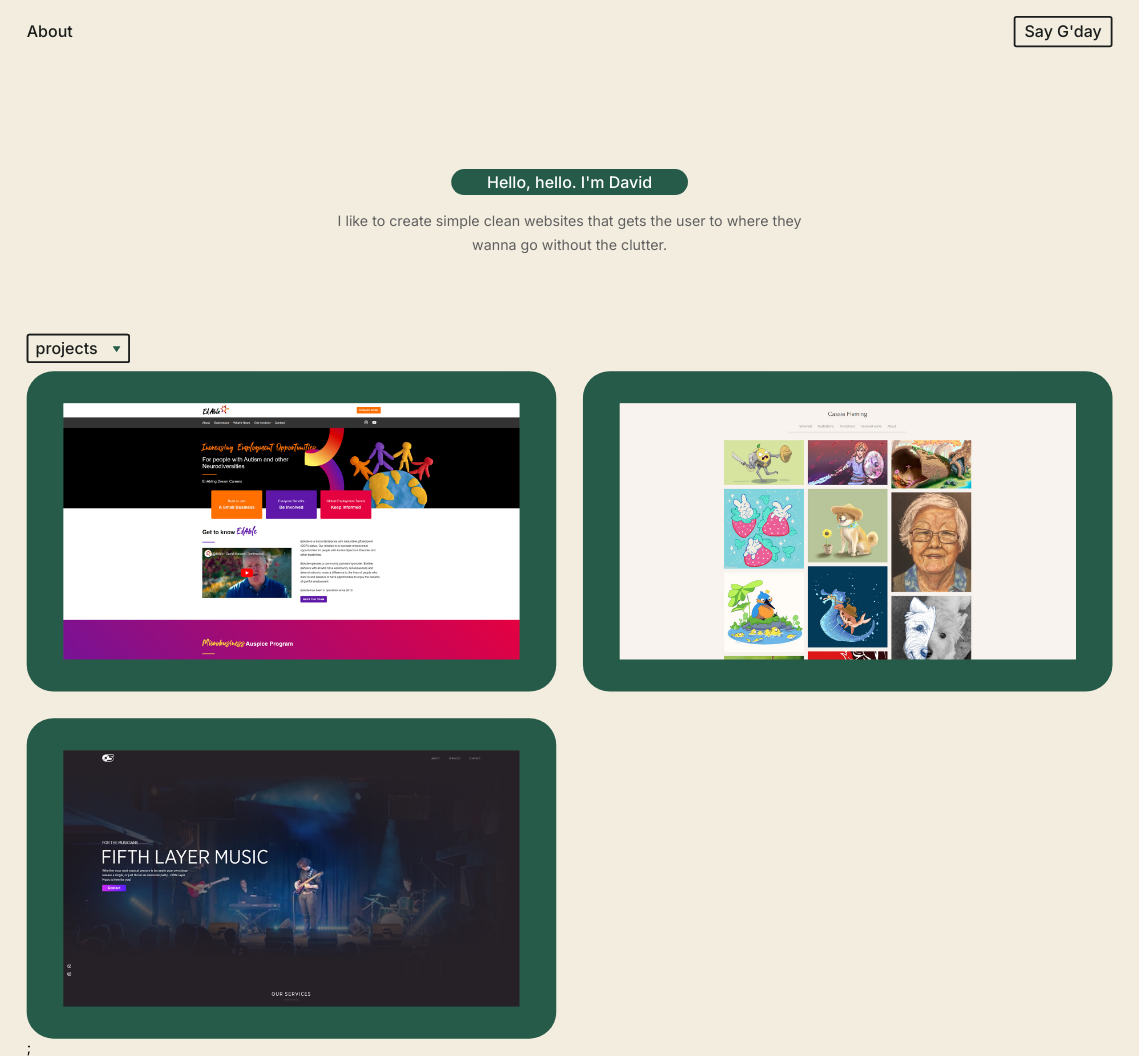
Repository: David-Waite/David-Waite-Portfolio
Page: /
The author's editor kept a copy of each file at every save. The page is drawn from the files as they stood at one save, then again after a run of saves.
The browser window is 1280 px wide. The pictures show the whole page, at 89% of full size.
The project was rebuilt for these pictures with package versions that can differ from the ones it lists, and the page was loaded fresh each time. The framework's server and built-in components were replaced by stand-ins that run in the browser. Also part of the build but not shown: next.config.js.

Above is the page before, as saved 2023-07-27 13:51:28.

### app/layout.tsx
import "./globals.css";
import type { Metadata } from "next";
import { Inter } from "next/font/google";
import Link from "next/link";
import NavBar from "./components/Nav/NavBar/NavBar";

const inter = Inter({ subsets: ["latin"] });

export const metadata: Metadata = {
  title: "David Waite | Web Developer",
  description: "Generated by create next app",
};

export default function RootLayout({
  children,
}: {
  children: React.ReactNode;
}) {
  return (
    <html lang="en">
      <body className={inter.className}>
        <NavBar />
        {children}
      </body>
    </html>
  );
}

### app/page.tsx
"use client";
import { useState } from "react";
import Dropdown from "./components/Home/Dropdown/Dropdown";
import Projects from "./components/Home/Projects/Projects";
import styles from "./page.module.css";
import Image from "next/image";

import { Metadata, NextPage } from "next/types";

import { BiSolidDownArrow } from "react-icons/bi";
export default function Home() {
  const projects: any = [
    {
      image: "/Edable.jpg",
      imageAlt: "Edable Home",
      link: "www.edable.org.au",
      description:
        "A charity working on employing and educating in the field of autism",
      madeWith: ["Next.Js", "Contentful"],
    },
    {
      image: "/CassieFleming.jpg",
      imageAlt: "Cassie Fleming illustrations",
      link: "www.cassiefleming.com",
      description: "An animation portfolio",
      madeWith: ["Next.Js", "Contentful"],
    },

    {
      image: "/FifthLayerMusic.jpg",
      imageAlt: "Fifth layer music home",
      link: "fifth-layer-music.vercel.app",
      description: "A platform for musicians to do what they do best",
      madeWith: ["Next.Js"],
    },
  ];

  const work: any = [
    {
      image: "/FifthLayerMusic.jpg",
      imageAlt: "Fifth layer music home",
      link: "fifth-layer-music.vercel.app",
      description: "A platform for musicians to do what they do best",
      madeWith: ["Next.Js"],
    },
  ];

  const [dropdown, setDropdown] = useState({
    selected: "projects",
    unselected: "Work",
  });

  function handleSelect() {
    setDropdown((prev) => {
      return {
        selected: prev.unselected,
        unselected: prev.selected,
      };
    });
  }

  return (
    <main className={styles.main}>
      <div className={styles.headingContainer}>
        <h1>Hello, hello. I&apos;m David</h1>
        <p>
          I like to create simple clean websites that gets the user to where
          they wanna go without the clutter.
        </p>
      </div>
      <label htmlFor="enquiring"></label>
      <Dropdown onClick={handleSelect} dropdown={dropdown} />
      <Projects data={dropdown.selected === "projects" ? projects : work} />
    </main>
  );
}

### app/globals.css
:root {
  --primary: #255b48;
  --black: #191d1b;
  --background: #f3eddf;
  --white: #ffffff;
  --grey: #606060;
  --error: #a83c23;
}

.paragraph {
  font-size: 18px;
  font-style: normal;
  font-weight: 400;
  line-height: 25.2px;
  color: var(--black);
}

body {
  background-color: var(--background);
}

* {
  padding: 0;
  margin: 0;
  box-sizing: border-box;
}

### app/components/Nav/NavBar/NavBar.tsx
"use client";
import NavButton from "../NavButton/NavButton";
import styles from "./navBar.module.css";
import { usePathname } from "next/navigation";

import Link from "next/link";

export default function NavBar() {
  const currentRoute = usePathname();

  return (
    <nav className={styles.container}>
      <Link
        className={styles.link}
        href={`./${currentRoute === "/" ? "about" : "/"}`}
      >
        {currentRoute === "/" ? "About" : "Home"}
      </Link>

      {currentRoute !== "/contact" && <NavButton />}
    </nav>
  );
}

### app/components/Home/Dropdown/Dropdown.tsx
"use client";

import { useState } from "react";
import styles from "./dropdown.module.css";
import { BiSolidDownArrow } from "react-icons/bi";

export default function Dropdown(props: { onClick: any; dropdown: any }) {
  const [hoverSVG, setHoverSVG] = useState(false);
  const [hover, setHover] = useState(false);

  function handleSelect() {
    props.onClick();
    setHover(false);
  }

  const openStyle = {
    top: "-34px",
  };

  const closedStyle = {
    top: "4px",
  };

  const openSVGStyle = {
    transform: "rotate(180deg)",
  };

  const hoverSVGStyle = {
    color: "white",
  };

  return (
    <div
      className={styles.selectContainer}
      onMouseEnter={() => setHover(true)}
      onMouseLeave={() => setHover(false)}
    >
      <div
        className={styles.select}
        onMouseOver={() => setHoverSVG(true)}
        onMouseOut={() => setHoverSVG(false)}
      >
        {props.dropdown.selected}
        <BiSolidDownArrow
          style={Object.assign(
            hover && openSVGStyle,
            hoverSVG && hoverSVGStyle
          )}
        />
      </div>
      <div
        onClick={handleSelect}
        className={styles.dropdown}
        style={hover ? closedStyle : hover === false ? openStyle : closedStyle}
      >
        {props.dropdown.unselected}
      </div>
    </div>
  );
}

### app/components/Home/Projects/Projects.tsx
"use client";

import Image from "next/image";
import styles from "./projects.module.css";

export default function About(props: { data: any }) {
  const projectCardsElement: any = props.data.map((item: any) => {
    return (
      <a
        key={item.title}
        href={`https://${item.link}`}
        target="_blank"
        style={{ textDecoration: "none" }}
        className={styles.contaner}
      >
        <div className={styles.outerContainer}>
          <div className={styles.projectsCard}>
            <div className={styles.projectContainer}>
              <div className={styles.projectInfo}>
                <div></div>
                <div>
                  <h2>{item.link}</h2>
                  <p>{item.description}</p>
                </div>

                <ul className={styles.madeWith}>
                  {item.madeWith.map((madewith: any) => (
                    <li key={item.title}>
                      {`${madewith}${
                        madewith === item.madeWith[item.madeWith.length - 1]
                          ? ""
                          : ","
                      }`}
                    </li>
                  ))}
                </ul>
              </div>

              <Image
                className={styles.projectImages}
                src={item.image}
                alt={item.imageAlt}
                fill={true}
              />
            </div>
          </div>
        </div>
      </a>
    );
  });
  return (
    <>
      <div className={styles.projectsGrid}>{projectCardsElement}</div>;
    </>
  );
}

### app/page.module.css
.main {
  margin: 0 30px;
}
.headingContainer {
  display: flex;
  flex-direction: column;
  align-items: center;
  margin: 120px 0px;
}

.headingContainer h1 {
  background-color: var(--primary);
  color: var(--white);
  font-size: 18px;
  font-weight: 500;
  padding: 4px 40px;
  border-radius: 20px;
  margin-bottom: 16px;
}

.headingContainer p {
  color: var(--grey);
  max-width: 550px;
  text-align: center;
  line-height: 27px;
}

@media (max-width: 768px) {
  .main {
    margin: 0 20px;
  }
}

@media (max-width: 425px) {
  .headingContainer h1,
  .headingContainer h1 p {
    font-size: 16px;
  }
}

### app/components/Nav/NavButton/NavButton.tsx
import styles from "./navButton.module.css";

import Link from "next/link";

export default function NavButton() {
  return (
    <Link className={styles.container} href={"./contact"}>
      Say G&apos;day
    </Link>
  );
}

### app/components/Nav/NavBar/navBar.module.css
.container {
  display: flex;
  align-items: center;
  justify-content: space-between;
  height: 70px;
  padding: 0 30px;
}

.link {
  color: var(--black);
  text-decoration: none;
  font-size: 18px;
  font-weight: 500;
  cursor: pointer !important;
}

.link:hover {
  color: var(--grey);
}

@media (max-width: 768px) {
  .container {
    padding: 0 20px;
  }
}
@media (max-width: 425px) {
  .link {
    font-size: 16px;
  }
}

### app/components/Home/Dropdown/dropdown.module.css
.selectContainer {
  display: flex;
  position: relative;
  width: 116px;

  height: 4px;
  margin-bottom: 4px;
}
.select {
  width: 116px;
  z-index: 2;
  top: -34px;
  position: absolute;
  display: flex;
  justify-content: space-between;
  align-items: center;
  font-size: 18px;
  color: var(--black);
  border: 2px solid var(--black);
  border-radius: 3px;
  padding: 4px 8px;
  background-color: var(--background);
  margin-bottom: 8px;
  font-weight: 500;
  transition: 0.3s;
  cursor: pointer !important;
}

.select:hover {
  background-color: var(--primary);
  color: var(--white);
}

.select svg {
  font-size: 10px;
  color: var(--primary);
  transition: 0.3s;
}

.dropdown {
  position: absolute;
  z-index: 1;
  color: var(--grey);
  width: 100%;
  font-size: 18px;
  border: 2px solid var(--grey);
  border-radius: 3px;
  padding: 4px 8px;
  background-color: var(--background);
  margin-bottom: 8px;
  transition: 0.3s;
  font-weight: 500;
  cursor: pointer !important;
}

.dropdown:hover {
  background-color: var(--primary);
  color: var(--white);
  border-color: var(--black);
}

@media (max-width: 425px) {
  .select,
  .dropdown {
    font-size: 16px;
    width: 108px;
  }
}

### app/components/Home/Projects/projects.module.css
.projectsGrid {
  display: grid;
  grid-template-columns: 1fr 1fr 1fr;
  gap: 30px;
}

.projectsCard {
  background-color: var(--primary);
  height: calc((100vw / 3) / 16 * 9);
  border-radius: 30px;
  display: flex;
  align-items: center;
  justify-content: center;
}

.projectContainer {
  position: relative;
  height: calc(100% - 120px);
  width: calc(100% - 168px);
}
.projectImages {
  object-fit: contain;
  z-index: 0;
  transition: 0.4s;
  border-radius: 3px;
}
.projectInfo {
  position: absolute;
  top: 50%;
  left: 50%;
  width: 100%;
  height: 100%;
  transform: translate(-50%, -50%);
  z-index: 2;
  display: flex;
  flex-direction: column;
  justify-content: space-between;
  opacity: 0;
  transition: 0.4s;
}

.projectsCard h2 {
  margin-top: auto;
  text-align: center;
  color: var(--white);
  font-size: 18px;
  font-weight: 500;
}

.projectsCard p {
  font-size: 18px;
  text-align: center;
  margin: 8px 30px 0 30px;
  color: var(--white);
  font-weight: 300;
  margin-bottom: auto;
}

.madeWith {
  list-style: none;
  display: flex;
  justify-content: center;
  gap: 8px;
  color: #a7a7a7;
  font-size: 14.4px;
}

.contaner:hover .projectImages {
  opacity: 0;
  transform: scale(1.1);
}

.contaner:hover .projectInfo {
  opacity: 1;
}

@media (max-width: 1700px) {
  .projectContainer {
    height: calc(100% - 68px);
    width: calc(100% - 82px);
  }
}

@media (max-width: 1300px) {
  .projectsGrid {
    grid-template-columns: 1fr 1fr;
  }

  .projectsCard {
    background-color: var(--primary);
    height: calc((100vw / 2) / 16 * 9);
  }
}

@media (max-width: 768px) {
  .projectsGrid {
    grid-template-columns: 1fr;
    gap: 20px;
  }

  .projectsCard {
    height: calc((100vw) / 16 * 9);
  }

  .projectContainer {
    height: calc(100% - 50px);
    width: calc(100% - 50px);
  }
}

@media (max-width: 425px) {
  .projectsCard p,
  .projectsCard h2 {
    font-size: 16px;
  }

  .madeWith {
    font-size: 12.8px;
  }
  .projectContainer {
    height: calc(100% - 50px);
    width: calc(100% - 0px);
  }
}

### app/components/Nav/NavButton/navButton.module.css
.container {
  border: 2px solid var(--black);
  color: var(--black);
  font-weight: 500;
  border-radius: 3px;
  font-size: 18px;
  padding: 5px 10px;
  transition: 0.3s;
  text-decoration: none;
  cursor: pointer !important;
}

.container:hover {
  background-color: var(--primary);
  color: var(--white);
}

@media (max-width: 425px) {
  .container {
    font-size: 16px;
  }
}

After the next 4 saves:
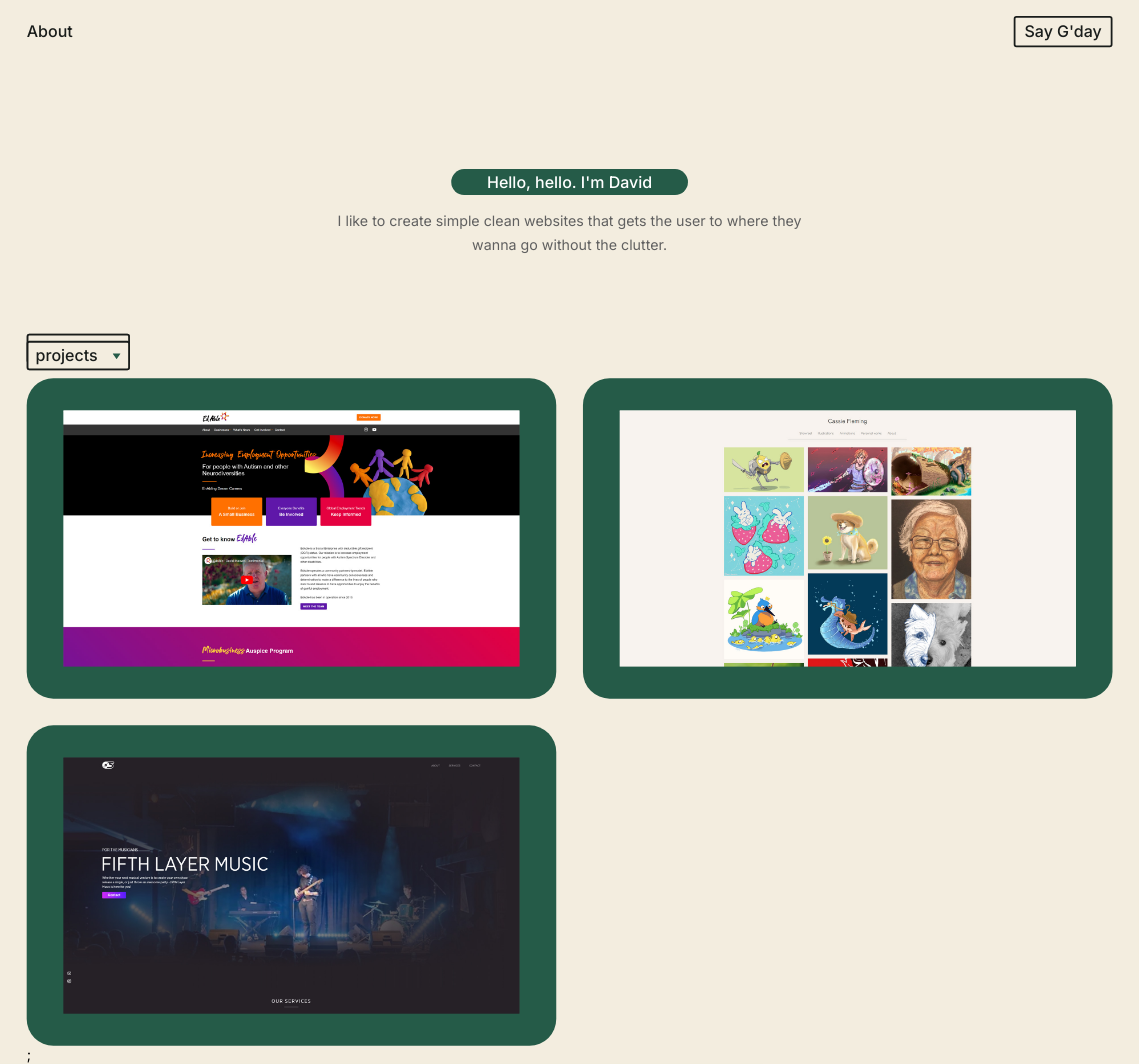
The 4 saves are shown as one change because 2 did not build or start and some came seconds apart.
The last was saved 83 s later.
--- a/app/components/Home/Projects/Projects.tsx
+++ b/app/components/Home/Projects/Projects.tsx
@@ -2,8 +2,60 @@
 
 import Image from "next/image";
 import styles from "./projects.module.css";
+import Dropdown from "../Dropdown/Dropdown";
+import { useState } from "react";
 
 export default function About(props: { data: any }) {
+  const projects: any = [
+    {
+      image: "/Edable.jpg",
+      imageAlt: "Edable Home",
+      link: "www.edable.org.au",
+      description:
+        "A charity working on employing and educating in the field of autism",
+      madeWith: ["Next.Js", "Contentful"],
+    },
+    {
+      image: "/CassieFleming.jpg",
+      imageAlt: "Cassie Fleming illustrations",
+      link: "www.cassiefleming.com",
+      description: "An animation portfolio",
+      madeWith: ["Next.Js", "Contentful"],
+    },
+
+    {
+      image: "/FifthLayerMusic.jpg",
+      imageAlt: "Fifth layer music home",
+      link: "fifth-layer-music.vercel.app",
+      description: "A platform for musicians to do what they do best",
+      madeWith: ["Next.Js"],
+    },
+  ];
+
+  const work: any = [
+    {
+      image: "/FifthLayerMusic.jpg",
+      imageAlt: "Fifth layer music home",
+      link: "fifth-layer-music.vercel.app",
+      description: "A platform for musicians to do what they do best",
+      madeWith: ["Next.Js"],
+    },
+  ];
+
+  const [dropdown, setDropdown] = useState({
+    selected: "projects",
+    unselected: "Work",
+  });
+
+  function handleSelect() {
+    setDropdown((prev) => {
+      return {
+        selected: prev.unselected,
+        unselected: prev.selected,
+      };
+    });
+  }
+
   const projectCardsElement: any = props.data.map((item: any) => {
     return (
       <a
@@ -50,6 +102,7 @@ export default function About(props: { data: any }) {
   });
   return (
     <>
+      <Dropdown onClick={handleSelect} dropdown={dropdown} />
       <div className={styles.projectsGrid}>{projectCardsElement}</div>;
     </>
   );

After the save that followed:
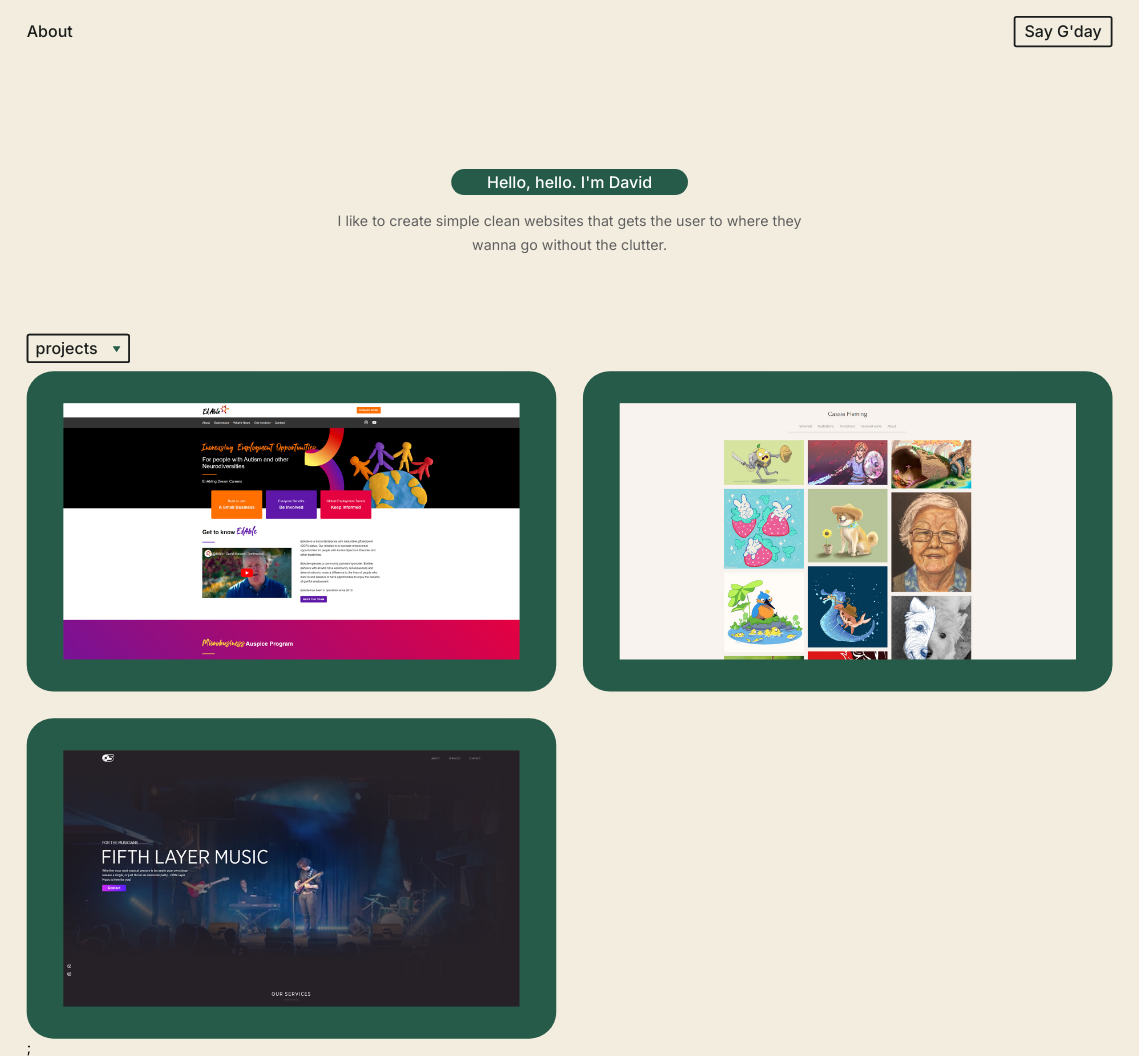
Saved 6 s later.
--- a/app/page.tsx
+++ b/app/page.tsx
@@ -69,7 +69,7 @@ export default function Home() {
         </p>
       </div>
       <label htmlFor="enquiring"></label>
-      <Dropdown onClick={handleSelect} dropdown={dropdown} />
+
       <Projects data={dropdown.selected === "projects" ? projects : work} />
     </main>
   );
